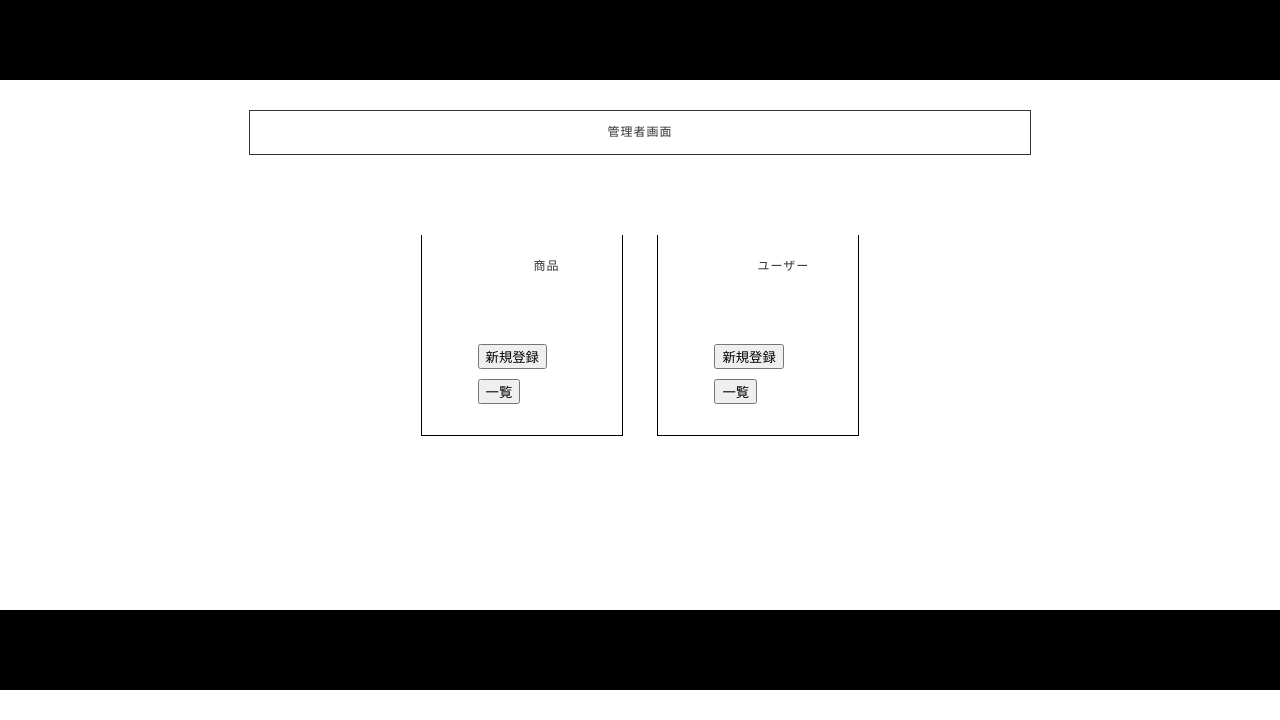
Repository: hiraide8/test
Page: http://localhost/ecsite/admin.jsp
The author's editor kept a copy of each file at every save. The page is drawn from the files as they stood at one save, then again after the next save.
The browser window is 1280 px wide. The pictures show the whole page.
The page is served by Tomcat 9. Other server files are loaded and not shown.

Above is the page before, as saved 2019-01-23 11:56:59.

### ecsite/WebContent/admin.jsp
<%@ page language="java" contentType="text/html; charset=UTF-8"
    pageEncoding="UTF-8"%>
<%@ taglib prefix="s" uri="/struts-tags" %>
<!DOCTYPE html PUBLIC "-//W3C//DTD HTML 4.01 Transitional//EN" "http://www.w3.org/TR/html4/loose.dtd">
<html>
<head>
       <meta http-equiv="Content-Type" content="text/html; charset=UTF-8">
       <meta http-equiv="Content-Style-Type" content="text/css"/>
       <meta http-equiv="Content-Script-Type" content="text/javascript"/>
       <meta http-equiv="imagetoolbar" content="no"/>
       <meta name="descripttion" content=""/>
       <meta name="keywords" content=""/>
       <title>管理者画面</title>
       <style type="text/css">
       /* ========TAG LAYOUT======== */
                body{
                  margin:0;
                  padding:0;
                  line-height:1.6;
                  letter-spacing:1px;
                  font-family:Verdana,Helvetica,sans-serif;
                  font-size:12px;
                  color:#333;
                  background:#fff;
                }
                table{
                  position:relative;
                  top:30px;
                  left:25px;
                }
       /* ========ID LAYOUT======== */
                #top{
                  width:780px;
                  margin:30px auto;
                  border:1px solid #333;
                }
                #header{
                  width:100%;
                  height:80px;
                  background-color:black;
                }
                #main{
                  width:100%;
                  height:500px;
                  text-align:center;
                }
                #footer{
                  width:100%;
                  height:80px;
                  background-color:black;
                  clear:both;
                }
       /* ========CLASS LAYOUT======== */
                .aaa{
                  margin:0 auto;
                  margin-left:15px;
                  margin-right:15px;
                  display:inline-block;
                  margin-top:50px;
                  width:200px;
                  height:200px;
                  border-right:1px solid black;
                  border-left:1px solid black;
                  border-bottom:1px solid black;
                }
                .bbb{
                  position:relative;
                  top:10px;
                  left:25px;
                }
       </style>
</head>
<body>
       <div id="header">
               <div id="pr">
               </div>
       </div>
       <div id="main">
               <div id="top">
                       <p>管理者画面</p>
               </div>
               <div class="aaa">
               <p class="bbb">商品</p>
                       <table>
                       <tr>
                       <td>
                       <s:form action="ItemCreateAction">
                                  <s:submit value="新規登録"/>
                       </s:form>
                       </td>
                       </tr>
                       <tr>
                       <td>
                       <s:form action="ItemListAction">
                                  <s:submit value="一覧"/>
                       </s:form>
                       </td>
                       </tr>
                       </table>
               </div>
               <div class="aaa">
               <p class="bbb">ユーザー</p>
                       <table>
                       <tr>
                       <td>
                       <s:form action="UserCreateAction">
                                  <s:submit value="新規登録"/>
                       </s:form>
                       </td>
                       </tr>
                       <tr>
                       <td>
                       <s:form action="UserListAction">
                                  <s:submit value="一覧"/>
                       </s:form>
                       </td>
                       </tr>
                       </table>
               </div>
       </div>
       <div id="footer">
               <div id="pr">
               </div>
       </div>
</body>
</html>

After the next save:
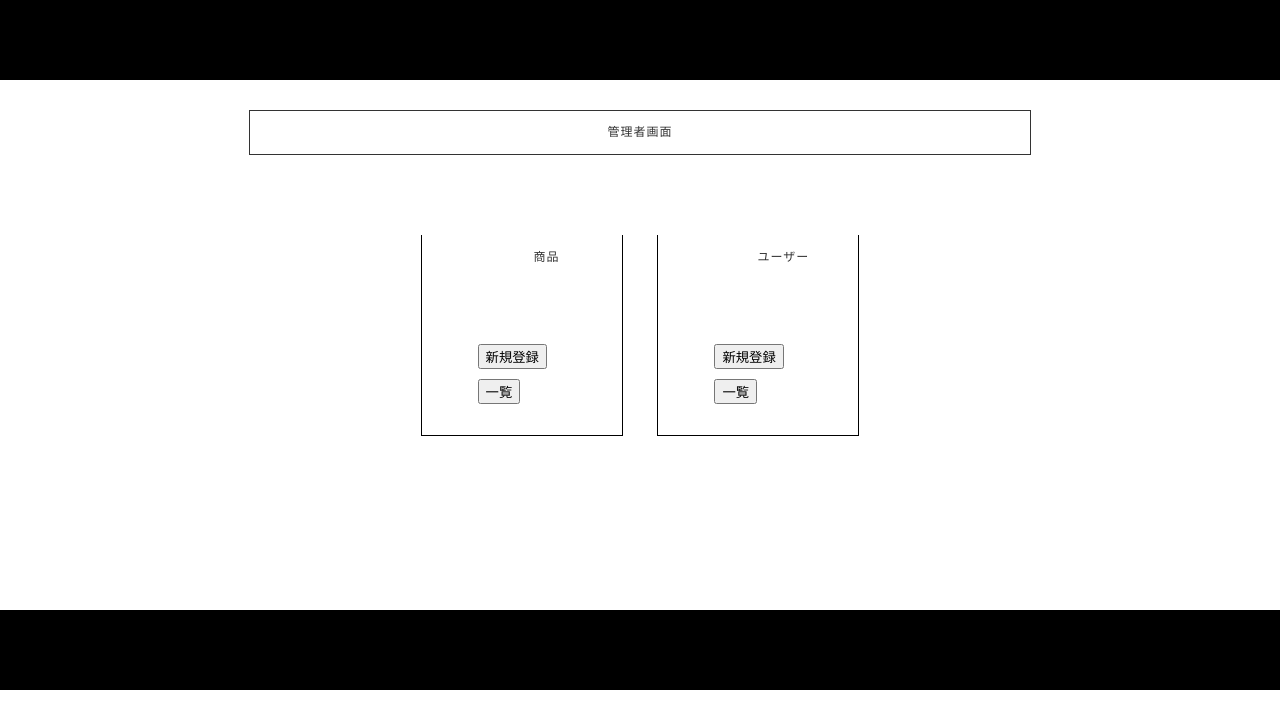
Saved 10 s later.
--- a/ecsite/WebContent/admin.jsp
+++ b/ecsite/WebContent/admin.jsp
@@ -65,7 +65,7 @@
                 }
                 .bbb{
                   position:relative;
-                  top:10px;
+                  top:1px;
                   left:25px;
                 }
        </style>
